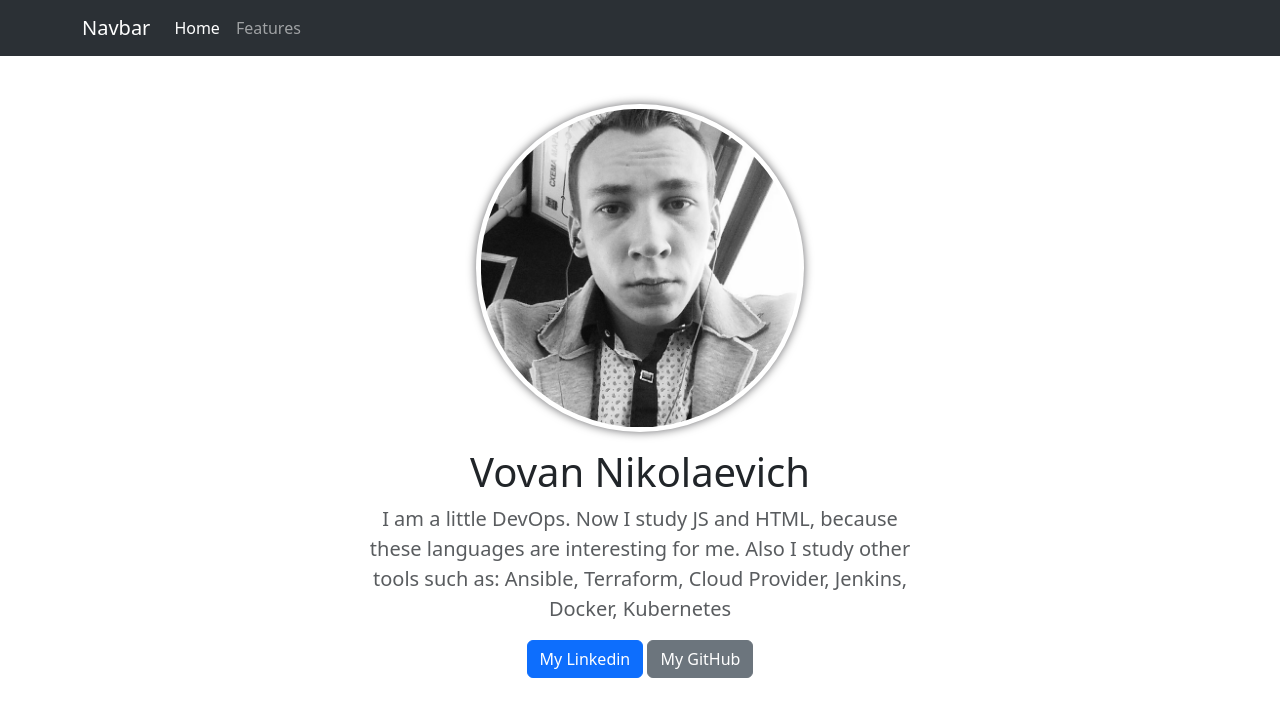
Repository: vovanbl411/mini-web-site
Page: index.html
These files come from the project's save history. The page is drawn as it stood at one moment and after the next save; the edit follows.
The browser window is 1280 px wide. The pictures show the whole page.

Above is the page before, as saved 2023-01-22 00:35:28.

### index.html
<!DOCTYPE html>
<html lang="en">
  <head>
    <meta charset="UTF-8" />
    <meta name="viewport" content="width=device-width, initial-scale=1.0" />
    <title>My page</title>
    <link
      href="https://cdn.jsdelivr.net/npm/bootstrap@5.3.0-alpha1/dist/css/bootstrap.min.css"
      rel="stylesheet"
      integrity="sha384-GLhlTQ8iRABdZLl6O3oVMWSktQOp6b7In1Zl3/Jr59b6EGGoI1aFkw7cmDA6j6gD"
      crossorigin="anonymous"
    />
    <style>
      .rounded-img {
        width: 60%;
        border-radius: 50%;
        box-shadow: 0 0 10px rgba(0, 0, 7, 0.6);
        padding: 0.3em;
        margin-bottom: 1em;
      }
    </style>
  </head>
  <body>
    <nav class="navbar navbar-expand-lg bg-body-tertiary" data-bs-theme="dark">
      <div class="container">
        <a class="navbar-brand" href="#">Navbar</a>
        <button
          class="navbar-toggler"
          type="button"
          data-bs-toggle="collapse"
          data-bs-target="#navbarNav"
          aria-controls="navbarNav"
          aria-expanded="false"
          aria-label="Toggle navigation"
        >
          <span class="navbar-toggler-icon"></span>
        </button>
        <div class="collapse navbar-collapse" id="navbarNav">
          <ul class="navbar-nav">
            <li class="nav-item">
              <a class="nav-link active" aria-current="page" href="#">Home</a>
            </li>
            <li class="nav-item">
              <a class="nav-link" href="#">Features</a>
            </li>
          </ul>
        </div>
      </div>
    </nav>
    <div class="container text-center my-5">
      <div class="row">
        <div class="col-lg-6 col-md-8 mx-auto">
          <img
            class="rounded-img"
            src="Screenshot.png"
            alt="Vovan Nikolaevich"
          />
          <h1 class="fw-light">Vovan Nikolaevich</h1>
          <p class="lead text-muted">
            I am a little DevOps. Now I study JS and HTML, because these
            languages are interesting for me. Also I study other tools such as:
            Ansible, Terraform, Cloud Provider, Jenkins, Docker, Kubernetes
          </p>
          <a
            href="https://www.linkedin.com/in/vovan-nikolaevich/"
            target="_blank"
            class="btn btn-primary"
          >
            My Linkedin
          </a>
          <a
            href="https://github.com/vovanbl411"
            target="_blank"
            class="btn btn-secondary"
          >
            My GitHub
          </a>
        </div>
      </div>
    </div>
  </body>
</html>

After the next save:
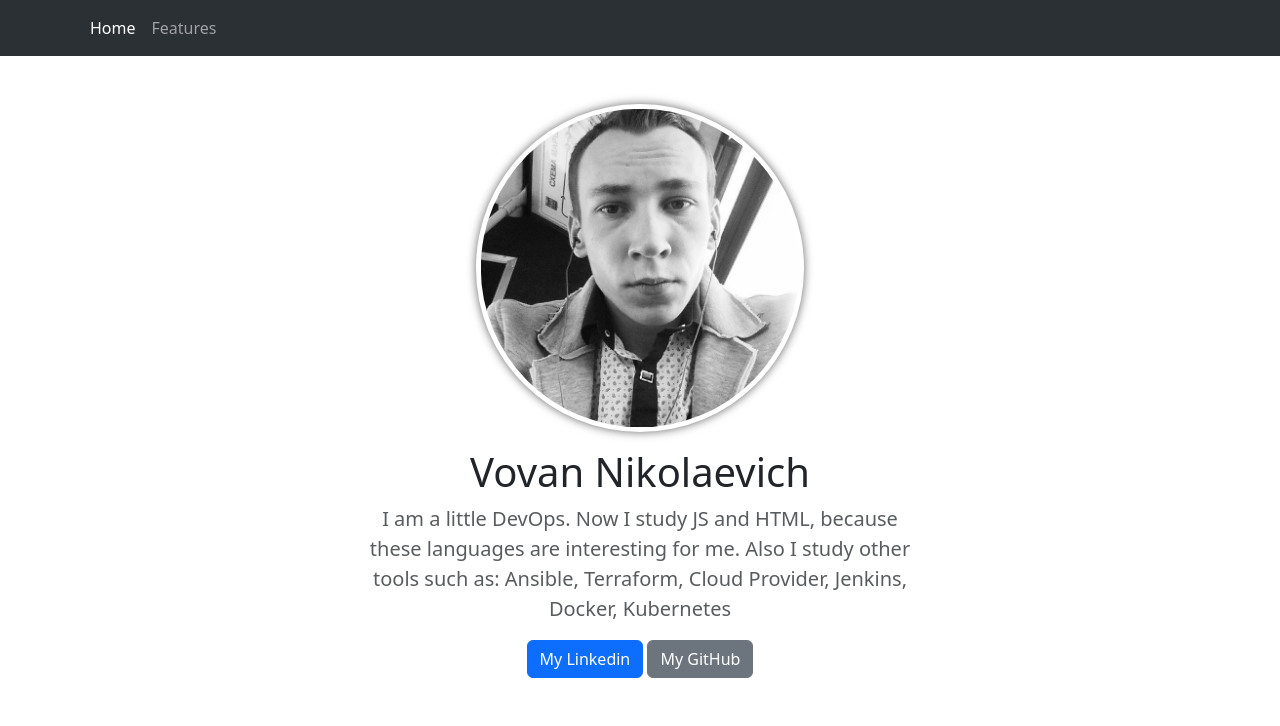
Saved 3 min 59 s later.
--- a/index.html
+++ b/index.html
@@ -23,7 +23,7 @@
   <body>
     <nav class="navbar navbar-expand-lg bg-body-tertiary" data-bs-theme="dark">
       <div class="container">
-        <a class="navbar-brand" href="#">Navbar</a>
+        <!-- <a class="navbar-brand" href="#">Navbar</a> -->
         <button
           class="navbar-toggler"
           type="button"
